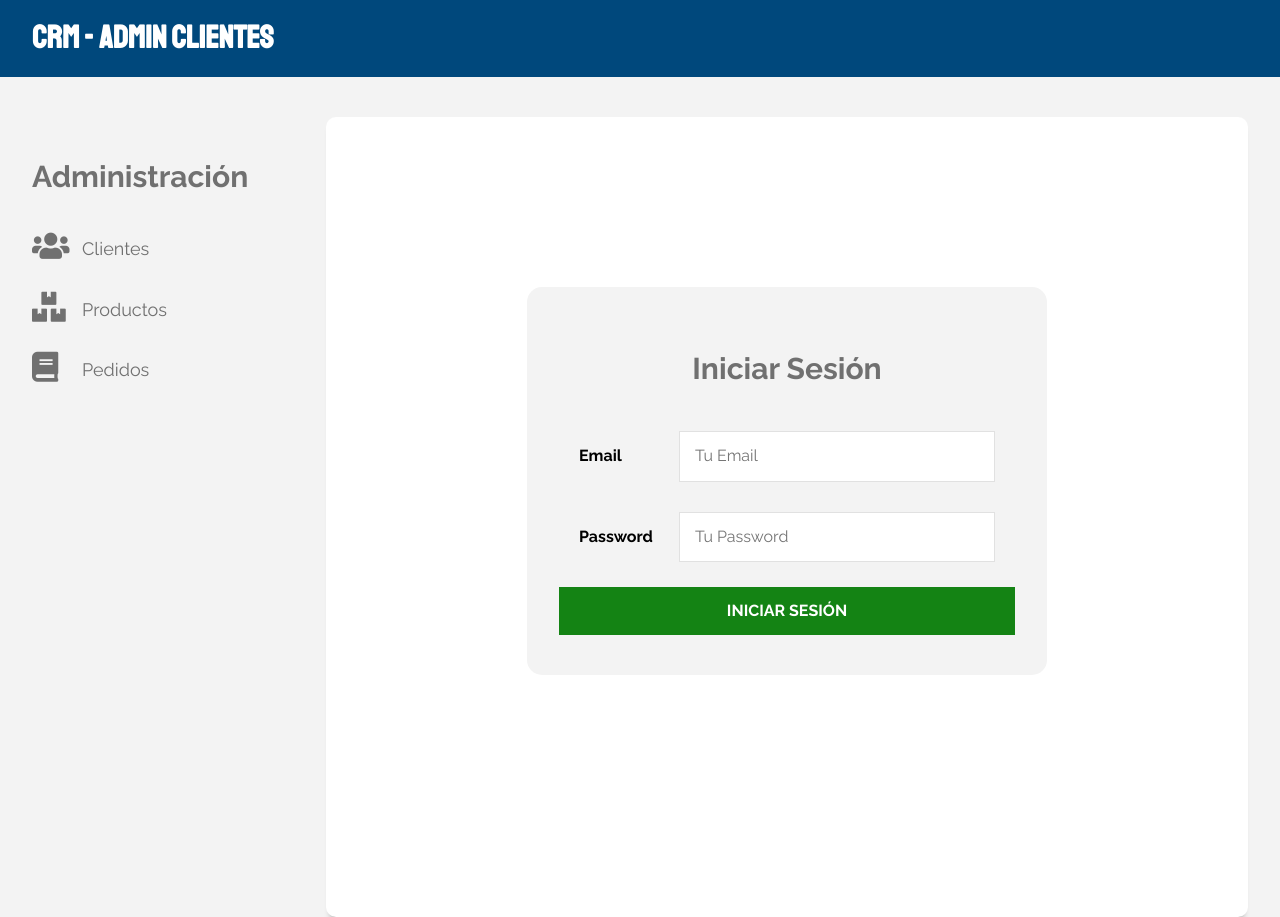
Repository: ppfeliuu/CRM-Frontend
Page: /
The author's editor kept a copy of each file at every save. The page is drawn from the files as they stood at one save, then again after the next save.
The browser window is 1280 px wide. The pictures show the whole page.
Some web libraries are served in a nearby version. The project was rebuilt for these pictures with package versions that can differ from the ones it lists, and the page was loaded fresh each time. Some packages were replaced by stand-ins written for this rebuild. Also part of the build but not shown: src/components/layout/Spinner.css, src/components/clientes/Cliente.js, src/components/clientes/NuevoCliente.js, src/components/clientes/EditarCliente.js, src/components/productos/Producto.js, src/components/productos/Productos.js, src/components/productos/EditarProducto.js, src/components/productos/NuevoProducto.js and 5 more.

Above is the page before, as saved 2019-11-19 20:13:23.

After the next save:
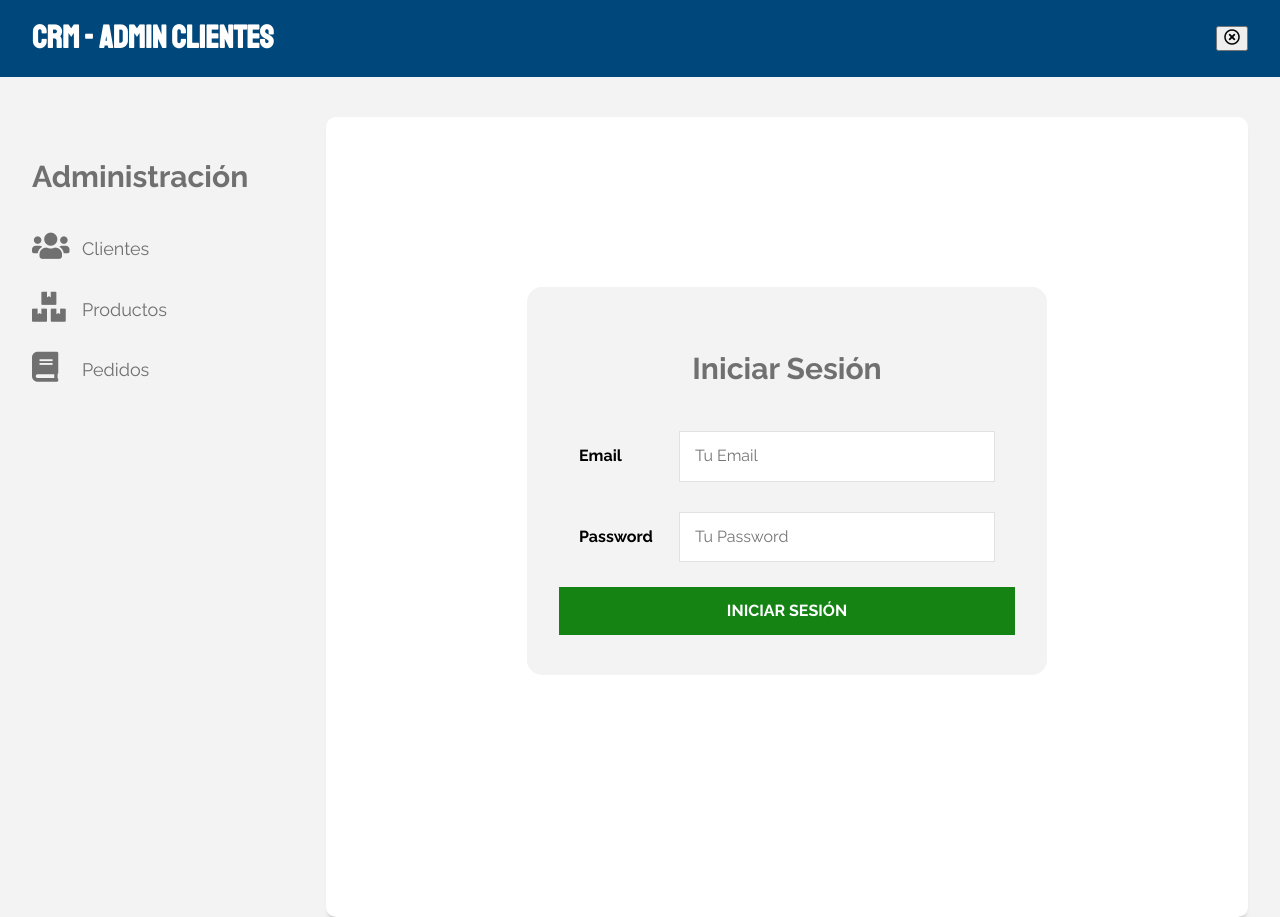
Saved 42 min 7 s later.
--- a/src/components/layout/Header.js
+++ b/src/components/layout/Header.js
@@ -4,7 +4,12 @@ export const Header = () => {
     return (
         <header className="barra">
             <div className="contenedor">
-                <h1>CRM - Admin Clientes</h1>
+                <div className="contenido-barra">
+                    <h1>CRM - Admin Clientes</h1>
+
+                    <button type="button"><i className="far fa-times-circle"></i></button>
+                </div>
+
             </div>
         </header>
     )
